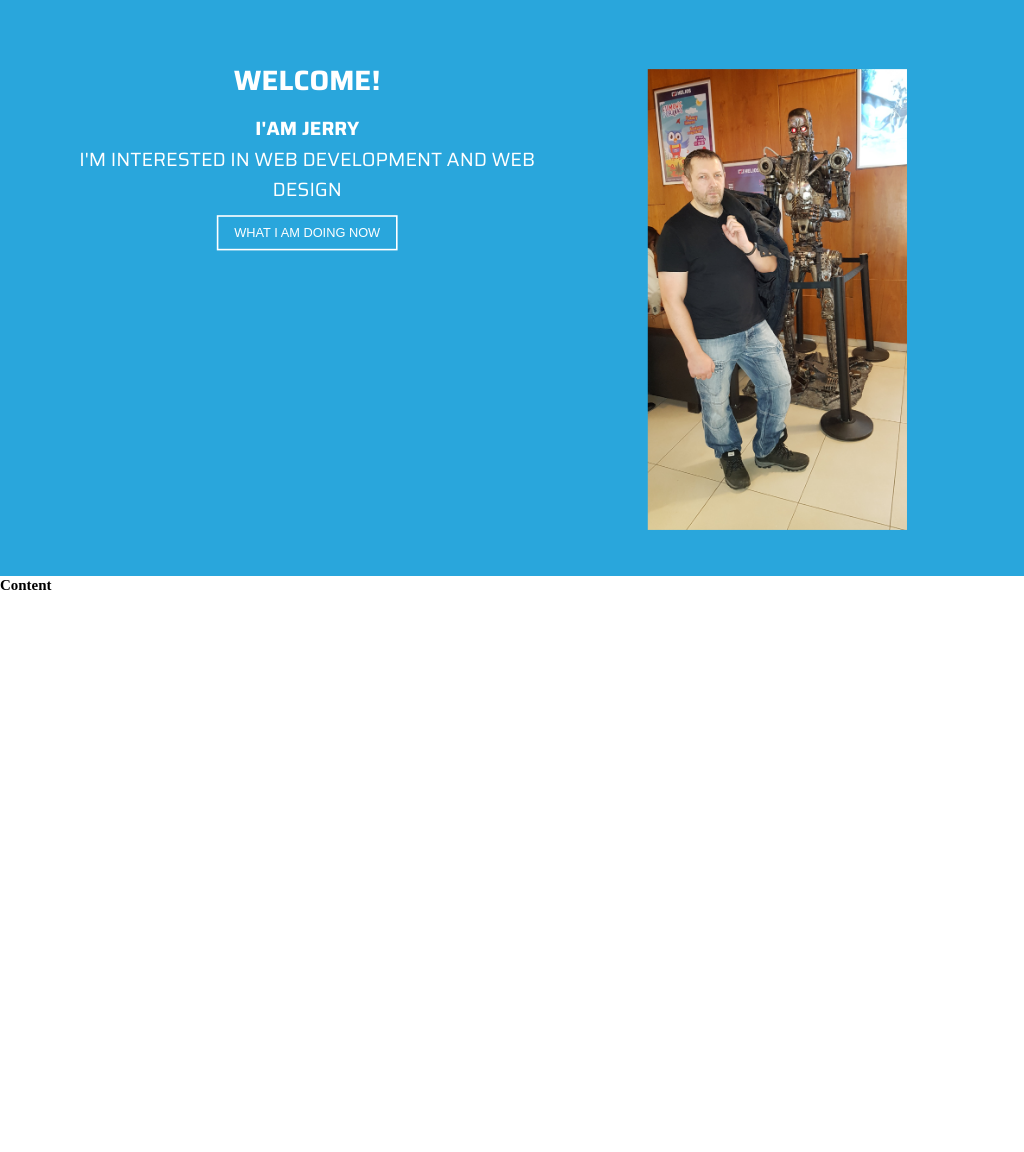
Repository: navanweb/dev
Page: jerry.html
An editor plug-in stored every save of this project. The page is shown before and after the next save, followed by the edit.
The browser window is 1280 px wide. The pictures show the whole page, at 80% of full size.

Above is the page before, as saved 2019-04-06 21:48:45.

### jerry.html
<!DOCTYPE html>
<html>

<head>
  <meta charset="UTF-8">
  <meta name="viewport" content="width=device-width, initial-scale=1.0">
  <meta http-equiv="X-UA-Compatible" content="ie=edge">
  <title>Jerry</title>
  <link href="https://fonts.googleapis.com/css?family=Saira:400,700" rel="stylesheet">
  <link rel="stylesheet" type="text/css" href="css/jerry.css">
</head>

<body>
  <header>
    <div class="welcome">
      <p>welcome!</p>
      <h1>I'am Jerry</h1>
      <h2>I'm interested in web development and web design</h2>
      <a href="#"><button>what I am doing now</button></a>
    </div>
    <img src="images/jerry.jpg" alt="Jerry photo PCWitcher">
  </header>
  <h3>Content</h3>
</body>

</html>

### css/jerry.css
/* font-family: 'Saira', sans-serif; */

* {
    margin: 0;
    padding: 0;
    box-sizing: border-box;
}

header {
    position: relative;
    background-color: #29a6dc;
    height: 100vh;
    overflow: hidden;
    /* max-width: 1920px; */
    /* margin: 0 auto; */
}

header>* {
    position: absolute;
}

header img {
    position: absolute;
    height: 50%;
    bottom: 0;
    transform: translateX(50%);
}

header div.welcome {
    top: 5%;
    left: 5%;
    right: 5%;
    text-align: center;
    font-family: 'Saira', sans-serif;
    font-weight: bold;
    font-size: 35px;
    color: white;
    text-transform: uppercase;
}


header h1 {
    font-size: 20px;
    margin-top: 15px;
}

header h2 {
    font-size: 15px;
    font-weight: 400;
}

header button {
    line-height: 32px;
    padding: 0 20px;
    text-transform: uppercase;
    color: white;
    background-color: transparent;
    font-size: 12px;
    border: 2px solid white;
}

@media (orientation:portrait) and (min-width: 360px) {
    header h1 {
        font-size: 24px;
    }

    header h2 {
        font-size: 20px;
    }

    header button {
        margin-top: 30px;
        line-height: 40px;
        font-size: 16px;
    }
}

@media (orientation:portrait) and (min-width: 410px) {
    header h1 {
        font-size: 26px;
    }

    header h2 {
        font-size: 26px;
    }

    header button {
        margin-top: 10px;
        line-height: 50px;
        font-size: 20px;
    }
}

@media (orientation:landscape) {
    header img {
        height: 80%;
        transform: translate(250%, -10%);
        /* bottom: 0; */
        /* right: 15%; */
    }

    header div.welcome {
        top: 10%;
        left: 5%;
        right: 45%;
    }
}

@media (orientation: landscape) and (min-width:640px) {
    header h1 {
        font-size: 24px;
    }

    header h2 {
        font-size: 24px;
    }

    header button {
        font-size: 16px;
        line-height: 40px;
    }
}

h3 {
    height: 100vh;
}

After the next save:
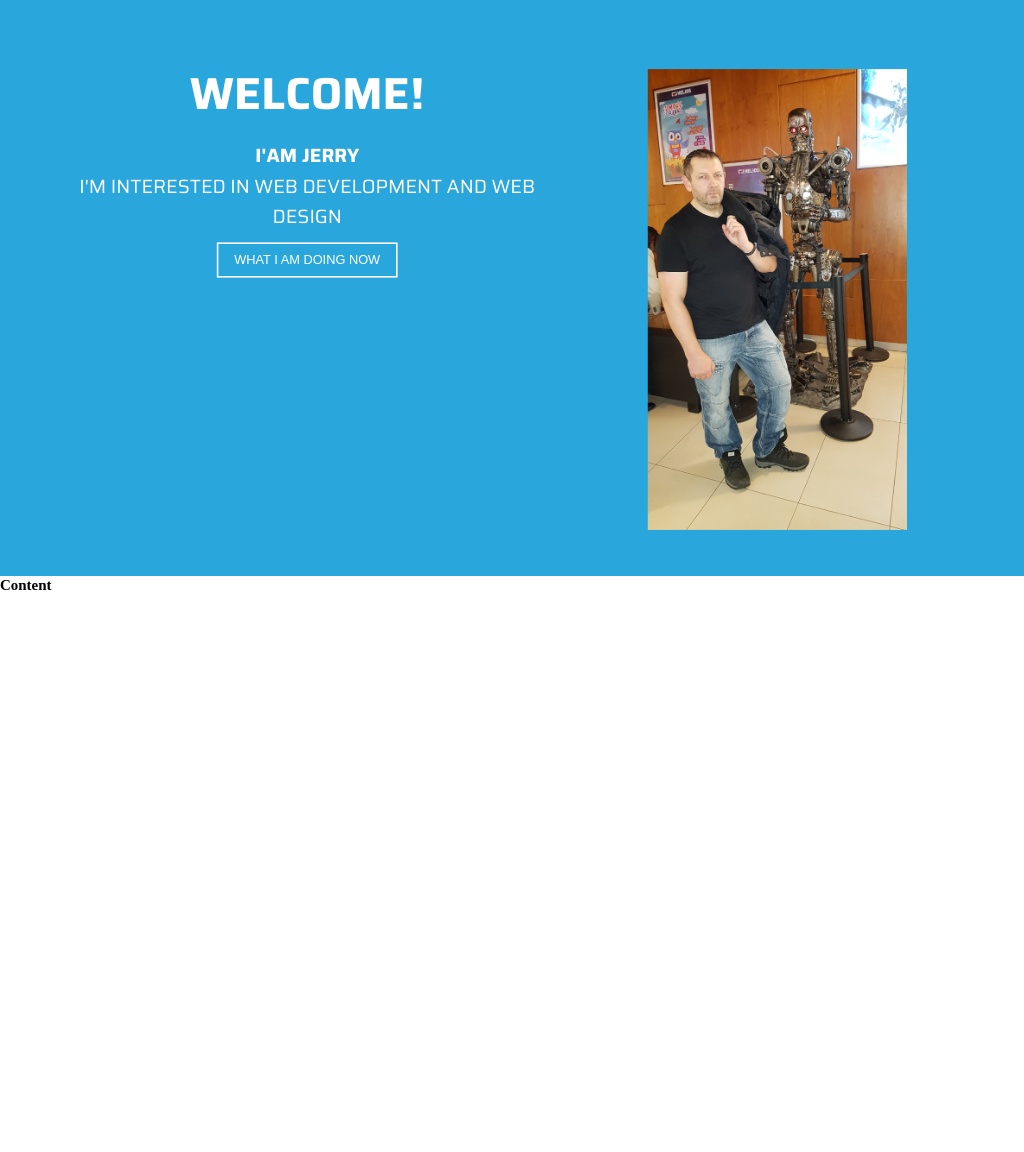
Saved 14 min 53 s later.
--- a/css/jerry.css
+++ b/css/jerry.css
@@ -121,6 +121,25 @@ header button {
     }
 }
 
+@media (orientation: landscape) and (min-width:1024px) {
+    header p {
+        font-size: 56px;
+    }
+
+    header h1 {
+        font-size: 24px;
+    }
+
+    header h2 {
+        font-size: 24px;
+    }
+
+    header button {
+        font-size: 16px;
+        line-height: 40px;
+    }
+}
+
 h3 {
     height: 100vh;
 }
